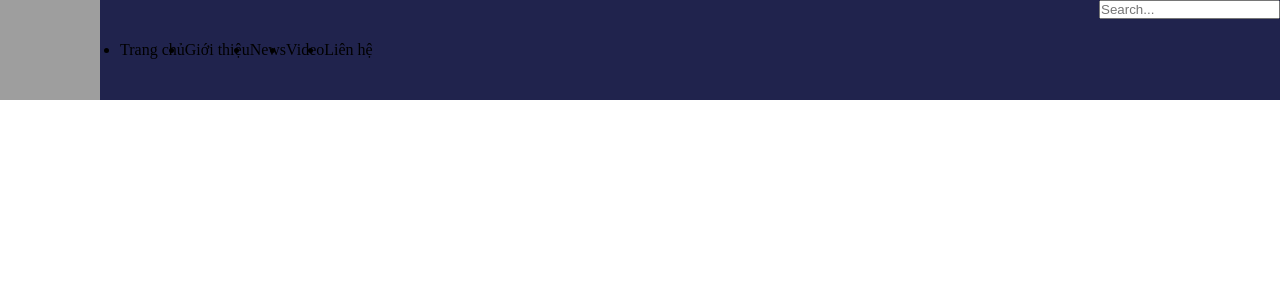
Repository: Luong-tung/newtopics
Page: index2.html
The author's editor kept a copy of each file at every save. The page is drawn from the files as they stood at one save, then again after the next save.
The browser window is 1280 px wide. The pictures show the whole page.
Pictures or frames that could not be fetched are drawn as grey boxes. Some web libraries are served in a nearby version.

Above is the page before, as saved 2021-10-07 17:55:43.

After the next save:
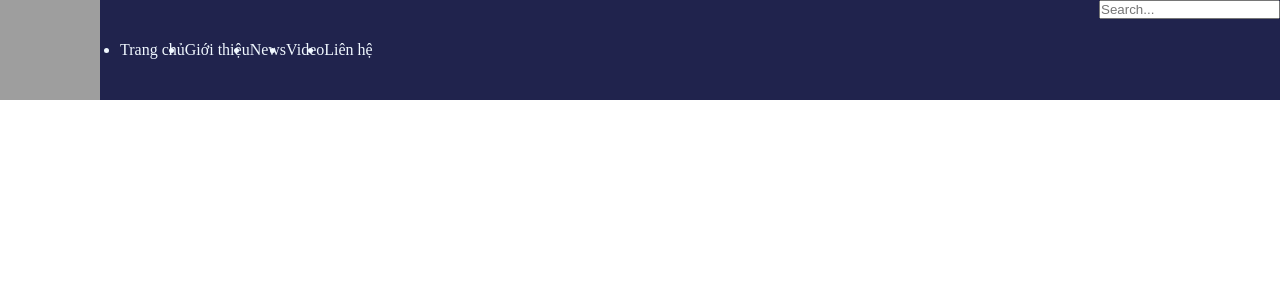
Saved 82 s later.
--- a/iu2.css
+++ b/iu2.css
@@ -20,8 +20,14 @@
     display: flex;
 }
 .header .logo ul{
+    color: aliceblue;
     margin-left: 20px;
     display: flex;
     align-items: center;
     justify-content: space-between;
 }
+.header .logo ul li{
+    line-height: none;
+
+
+}
